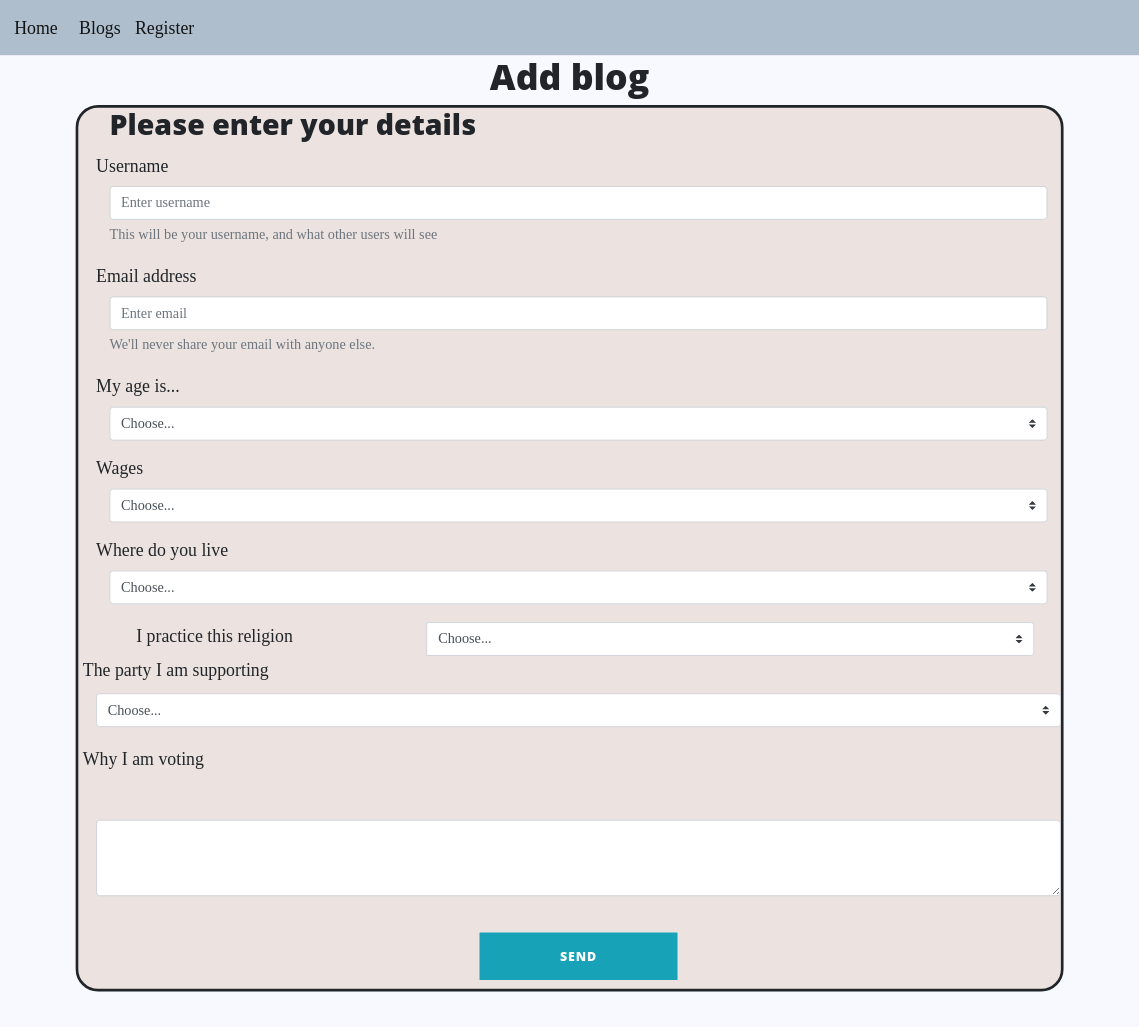
Repository: Rudancy/ms3
Page: templates/add_blog.html
The author's editor kept a record of every edit. The page is drawn from the files as they stood at one moment, then again after the next edit.
The browser window is 1280 px wide. The pictures show the whole page, at 89% of full size.
Some web libraries are served in a nearby version. The template is drawn by Flask 3. The application's start-up code is not run. Other server files are loaded and not shown. The template is opened directly, without the code that normally fills it, so the values that code supplies are empty.

Above is the page before.

### templates/add_blog.html
{% extends 'base.html' %} {% block content %}



<h1>Add blog</h1>

<div class="bd-datainput">
    <div class="container justify-content-center">
        <form action="{{ url_for('insert_blog') }}" method="POST">

            <div class="row mb-1">
                <div class="col-12">
                    <h2>Please enter your details</h2>
                </div>
            </div>
            <div class="row">
                <label for="exampleInputEmail1">Username</label>
            </div>


            <div class="form-row mb-1">
                <div class="col-12">
                    <div class="form-group">

                        <input name="user_name" type="text" class="form-control" id="exampleInputUsername" aria-describedby="username" placeholder="Enter username">
                        <small id="userhelp" class="form-text text-muted">This will be your username, and what other users will see</small>
                    </div>
                </div>
            </div>


            <div class="row">
                <label for="exampleInputEmail1">Email address</label>
            </div>
            <div class="form-row mb-1">
                <div class="col-12">
                    <div class="form-group">

                        <input type="email" name="user_email" class="form-control" id="exampleInputEmail1" aria-describedby="emailHelp" placeholder="Enter email">
                        <small id="emailHelp" class="form-text text-muted">We'll never share your email with anyone else.</small>
                    </div>
                </div>
            </div>


            <div class="row">
                <label for="exampleInputEmail1">My age is...</label>
            </div>
            <div class="form-row">
                <div class="col-12">
                    <div class="input-group mb-3">

                        <select name="user_age" class="custom-select" id="inputGroupSelect02">
                        <option selected>Choose...</option>
                        {% for age in ages %}
                        <option value="{{age.age}}">I am {{age.age}} years old</option>
                        {%endfor%}
                    </select>
                    </div>
                </div>
            </div>



            <div class="row">
                <label for="exampleInputEmail1">Wages</label>
            </div>
            <div class="form-row">
                <div class="col-12">
                    <div class="input-group mb-3">

                        <select name="user_wage" class="custom-select" id="inputGroupSelect02">
                        <option selected>Choose...</option>
                        {% for wage in wages %}
                        <option value="{{wage.wage}}">£{{wage.wage}}</option>
                        {%endfor%}
                    </select>
                    </div>
                </div>
            </div>




            <div class="row">
                <label for="exampleInputEmail1">Where do you live</label>
            </div>
            <div class="row mb-1">
                <div class="col-12">
                    <div class="input-group mb-3">



                        <select name="user_region" class="custom-select" id="inputGroupSelect01">

                        <option selected>Choose...</option>
                        {% for region in regions %}
                        <option value="{{region.region}}">{{region.region}}</option>
                        {%endfor%}
                    </select>
                    </div>
                </div>
            </div>


            <div class="col-12">
                <div class="input-group">
                    <div class="col-4">
                        <label for="exampleInputEmail1">I practice this religion</label>
                    </div>

                    <select name="user_religion" class="custom-select" id="inputGroupSelect04">
                        <option selected>Choose...</option>
                        {% for religion in religions %}
                        <option value="{{religion.religion}}">{{religion.religion}}</option>
                        {% endfor %}
                    </select>
                </div>
            </div>
    </div>



    <div class="row mb-1">
        <label for="exampleInputEmail1">The party I am supporting</label>
    </div>

    <div class="row">
        <div class="col-12">
            <div class="input-group mb-3">
                <select name="user_party" class="custom-select" id="inputGroupSelect03">
                        <option selected>Choose...</option>
                        {% for political in parties %}
                        <option value="{{political.political}}">{{political.political}}</option>
                        {%endfor%}
                    </select>
            </div>
        </div>
    </div>

    <div class="row mb-1">

    </div>

    <div class="row mb-3">
        <label for="exampleInputEmail1">Why I am voting</label>
    </div>
    <div class="row">
        <div class="col-12">
            <div class="form-group">
                <label for="exampleFormControlTextarea1"></label>
                <textarea name="user_comment" class="form-control" id="exampleFormControlTextarea1" rows="3"></textarea>
            </div>
        </div>
    </div>
    <div class="row justify-centre">
        <button type="submit" class="btn btn-info btn-block">Send</button>
    </div>
</div>




</form>
</div>

</div>
{% endblock %}

### templates/base.html
<!DOCTYPE html>
<html lang="en">

<head>
    <meta charset="UTF-8">
    <meta name="viewport" content="width=device-width, initial-scale=1.0">
    <meta http-equiv="X-UA-Compatible" content="ie=edge">
    <title>Document</title>
    <link rel="stylesheet" href="https://cdnjs.cloudflare.com/ajax/libs/font-awesome/5.9.0/css/all.min.css" integrity="sha256-UzFD2WYH2U1dQpKDjjZK72VtPeWP50NoJjd26rnAdUI=" crossorigin="anonymous" />
    <link href="https://stackpath.bootstrapcdn.com/bootstrap/4.3.1/css/bootstrap.min.css" rel="stylesheet" integrity="sha384-ggOyR0iXCbMQv3Xipma34MD+dH/1fQ784/j6cY/iJTQUOhcWr7x9JvoRxT2MZw1T" crossorigin="anonymous">
    <link rel="stylesheet" href="{{url_for('static', filename='css/clean-blog.css')}}" type="text/css" />
    <link rel="stylesheet" href="{{url_for('static', filename='css/style.css')}}" type="text/css" />

</head>

<body>
    <header>
   <nav class="navbar navbar-expand-lg navbar-light bg-light">
  <a class="navbar-brand" href="{{url_for('home')}}">Home</a>
  <button class="navbar-toggler" type="button" data-toggle="collapse" data-target="#navbarSupportedContent" aria-controls="navbarSupportedContent" aria-expanded="false" aria-label="Toggle navigation">
    <span class="navbar-toggler-icon"></span>
  </button>

  <div class="collapse navbar-collapse" id="navbarSupportedContent">
    <ul class="navbar-nav mr-auto">
      <li class="nav-item active">
        <a class="nav-link" href="{{url_for('user_blogs')}}">Blogs <span class="sr-only">(current)</span></a>
      </li>
      <li class="nav-item active">
        <a class="nav-link" href="{{url_for('add_blog')}}">Register <span class="sr-only">(current)</span></a>
      </li>


    </ul>

  </div>
</nav>

    </header>



    <div class="container">
        {% block content %} {% endblock %}
    </div>
    <script href="https://code.jquery.com/jquery-3.3.1.slim.min.js" integrity="sha384-q8i/X+965DzO0rT7abK41JStQIAqVgRVzpbzo5smXKp4YfRvH+8abtTE1Pi6jizo" crossorigin="anonymous"></script>
    <script href="https://cdnjs.cloudflare.com/ajax/libs/popper.js/1.14.7/umd/popper.min.js" integrity="sha384-UO2eT0CpHqdSJQ6hJty5KVphtPhzWj9WO1clHTMGa3JDZwrnQq4sF86dIHNDz0W1" crossorigin="anonymous"></script>
    <script href="https://stackpath.bootstrapcdn.com/bootstrap/4.3.1/js/bootstrap.min.js" integrity="sha384-JjSmVgyd0p3pXB1rRibZUAYoIIy6OrQ6VrjIEaFf/nJGzIxFDsf4x0xIM+B07jRM" crossorigin="anonymous"></script>
    <script src="{{ url_for('static', filename='vendor/jquery/jquery.min.js') }}"></script>
    <script src="{{ url_for('static', filename='vendor/bootstrap/js/bootstrap.bundle.min.js') }}"></script>
</body>

</html>

### static/css/clean-blog.css
/*!
 * Start Bootstrap - Clean Blog v5.0.8 (https://startbootstrap.com/template-overviews/clean-blog)
 * Copyright 2013-2019 Start Bootstrap
 * Licensed under MIT (https://github.com/BlackrockDigital/startbootstrap-clean-blog/blob/master/LICENSE)
 */

body {
  font-size: 20px;
  color: #212529;
  font-family: 'Lora', 'Times New Roman', serif;
}

p {
  line-height: 1.5;
  margin: 30px 0;
}

p a {
  text-decoration: underline;
}

h1,
h2,
h3,
h4,
h5,
h6 {
  font-weight: 800;
  font-family: 'Open Sans', 'Helvetica Neue', Helvetica, Arial, sans-serif;
}

a {
  color: #212529;
  transition: all 0.2s;
}

a:focus, a:hover {
  color: #0085A1;
}

blockquote {
  font-style: italic;
  color: #868e96;
}

.section-heading {
  font-size: 36px;
  font-weight: 700;
  margin-top: 60px;
}

.caption {
  font-size: 14px;
  font-style: italic;
  display: block;
  margin: 0;
  padding: 10px;
  text-align: center;
  border-bottom-right-radius: 5px;
  border-bottom-left-radius: 5px;
}

::-moz-selection {
  color: #fff;
  background: #0085A1;
  text-shadow: none;
}

::selection {
  color: #fff;
  background: #0085A1;
  text-shadow: none;
}

img::-moz-selection {
  color: #fff;
  background: transparent;
}

img::selection {
  color: #fff;
  background: transparent;
}

img::-moz-selection {
  color: #fff;
  background: transparent;
}

#mainNav {
  position: absolute;
  border-bottom: 1px solid #e9ecef;
  background-color: white;
  font-family: 'Open Sans', 'Helvetica Neue', Helvetica, Arial, sans-serif;
}

#mainNav .navbar-brand {
  font-weight: 800;
  color: #343a40;
}

#mainNav .navbar-toggler {
  font-size: 12px;
  font-weight: 800;
  padding: 13px;
  text-transform: uppercase;
  color: #343a40;
}

#mainNav .navbar-nav > li.nav-item > a {
  font-size: 12px;
  font-weight: 800;
  letter-spacing: 1px;
  text-transform: uppercase;
}

@media only screen and (min-width: 992px) {
  #mainNav {
    border-bottom: 1px solid transparent;
    background: transparent;
  }
  #mainNav .navbar-brand {
    padding: 10px 20px;
    color: #fff;
  }
  #mainNav .navbar-brand:focus, #mainNav .navbar-brand:hover {
    color: rgba(255, 255, 255, 0.8);
  }
  #mainNav .navbar-nav > li.nav-item > a {
    padding: 10px 20px;
    color: #fff;
  }
  #mainNav .navbar-nav > li.nav-item > a:focus, #mainNav .navbar-nav > li.nav-item > a:hover {
    color: rgba(255, 255, 255, 0.8);
  }
}

@media only screen and (min-width: 992px) {
  #mainNav {
    transition: background-color 0.2s;
    /* Force Hardware Acceleration in WebKit */
    transform: translate3d(0, 0, 0);
    -webkit-backface-visibility: hidden;
  }
  #mainNav.is-fixed {
    /* when the user scrolls down, we hide the header right above the viewport */
    position: fixed;
    top: -67px;
    transition: transform 0.2s;
    border-bottom: 1px solid white;
    background-color: rgba(255, 255, 255, 0.9);
  }
  #mainNav.is-fixed .navbar-brand {
    color: #212529;
  }
  #mainNav.is-fixed .navbar-brand:focus, #mainNav.is-fixed .navbar-brand:hover {
    color: #0085A1;
  }
  #mainNav.is-fixed .navbar-nav > li.nav-item > a {
    color: #212529;
  }
  #mainNav.is-fixed .navbar-nav > li.nav-item > a:focus, #mainNav.is-fixed .navbar-nav > li.nav-item > a:hover {
    color: #0085A1;
  }
  #mainNav.is-visible {
    /* if the user changes the scrolling direction, we show the header */
    transform: translate3d(0, 100%, 0);
  }
}

header.masthead {
  margin-bottom: 50px;
  background: no-repeat center center;
  background-color: #868e96;
  background-attachment: scroll;
  position: relative;
  background-size: cover;
}

header.masthead .overlay {
  position: absolute;
  top: 0;
  left: 0;
  height: 100%;
  width: 100%;
  background-color: #212529;
  opacity: 0.5;
}

header.masthead .page-heading,
header.masthead .post-heading,
header.masthead .site-heading {
  padding: 200px 0 150px;
  color: white;
}

@media only screen and (min-width: 768px) {
  header.masthead .page-heading,
  header.masthead .post-heading,
  header.masthead .site-heading {
    padding: 200px 0;
  }
}

header.masthead .page-heading,
header.masthead .site-heading {
  text-align: center;
}

header.masthead .page-heading h1,
header.masthead .site-heading h1 {
  font-size: 50px;
  margin-top: 0;
}

header.masthead .page-heading .subheading,
header.masthead .site-heading .subheading {
  font-size: 24px;
  font-weight: 300;
  line-height: 1.1;
  display: block;
  margin: 10px 0 0;
  font-family: 'Open Sans', 'Helvetica Neue', Helvetica, Arial, sans-serif;
}

@media only screen and (min-width: 768px) {
  header.masthead .page-heading h1,
  header.masthead .site-heading h1 {
    font-size: 80px;
  }
}

header.masthead .post-heading h1 {
  font-size: 35px;
}

header.masthead .post-heading .meta,
header.masthead .post-heading .subheading {
  line-height: 1.1;
  display: block;
}

header.masthead .post-heading .subheading {
  font-size: 24px;
  font-weight: 600;
  margin: 10px 0 30px;
  font-family: 'Open Sans', 'Helvetica Neue', Helvetica, Arial, sans-serif;
}

header.masthead .post-heading .meta {
  font-size: 20px;
  font-weight: 300;
  font-style: italic;
  font-family: 'Lora', 'Times New Roman', serif;
}

header.masthead .post-heading .meta a {
  color: #fff;
}

@media only screen and (min-width: 768px) {
  header.masthead .post-heading h1 {
    font-size: 55px;
  }
  header.masthead .post-heading .subheading {
    font-size: 30px;
  }
}

.post-preview > a {
  color: #212529;
}

.post-preview > a:focus, .post-preview > a:hover {
  text-decoration: none;
  color: #0085A1;
}

.post-preview > a > .post-title {
  font-size: 30px;
  margin-top: 30px;
  margin-bottom: 10px;
}

.post-preview > a > .post-subtitle {
  font-weight: 300;
  margin: 0 0 10px;
}

.post-preview > .post-meta {
  font-size: 18px;
  font-style: italic;
  margin-top: 0;
  color: #868e96;
}

.post-preview > .post-meta > a {
  text-decoration: none;
  color: #212529;
}

.post-preview > .post-meta > a:focus, .post-preview > .post-meta > a:hover {
  text-decoration: underline;
  color: #0085A1;
}

@media only screen and (min-width: 768px) {
  .post-preview > a > .post-title {
    font-size: 36px;
  }
}

.floating-label-form-group {
  font-size: 14px;
  position: relative;
  margin-bottom: 0;
  padding-bottom: 0.5em;
  border-bottom: 1px solid #dee2e6;
}

.floating-label-form-group input,
.floating-label-form-group textarea {
  font-size: 1.5em;
  position: relative;
  z-index: 1;
  padding: 0;
  resize: none;
  border: none;
  border-radius: 0;
  background: none;
  box-shadow: none !important;
  font-family: 'Lora', 'Times New Roman', serif;
}

.floating-label-form-group input::-webkit-input-placeholder,
.floating-label-form-group textarea::-webkit-input-placeholder {
  color: #868e96;
  font-family: 'Lora', 'Times New Roman', serif;
}

.floating-label-form-group label {
  font-size: 0.85em;
  line-height: 1.764705882em;
  position: relative;
  z-index: 0;
  top: 2em;
  display: block;
  margin: 0;
  transition: top 0.3s ease, opacity 0.3s ease;
  vertical-align: middle;
  vertical-align: baseline;
  opacity: 0;
}

.floating-label-form-group .help-block {
  margin: 15px 0;
}

.floating-label-form-group-with-value label {
  top: 0;
  opacity: 1;
}

.floating-label-form-group-with-focus label {
  color: #0085A1;
}

form .form-group:first-child .floating-label-form-group {
  border-top: 1px solid #dee2e6;
}

footer {
  padding: 50px 0 65px;
}

footer .list-inline {
  margin: 0;
  padding: 0;
}

footer .copyright {
  font-size: 14px;
  margin-bottom: 0;
  text-align: center;
}

.btn {
  font-size: 14px;
  font-weight: 800;
  padding: 15px 25px;
  letter-spacing: 1px;
  text-transform: uppercase;
  border-radius: 0;
  font-family: 'Open Sans', 'Helvetica Neue', Helvetica, Arial, sans-serif;
}

.btn-primary {
  background-color: #0085A1;
  border-color: #0085A1;
}

.btn-primary:hover, .btn-primary:focus, .btn-primary:active {
  color: #fff;
  background-color: #00657b !important;
  border-color: #00657b !important;
}

.btn-lg {
  font-size: 16px;
  padding: 25px 35px;
}

### static/css/style.css
@import url('https://fonts.googleapis.com/css?family=Roboto&display=swap');

.main-home {
    background-color: #ece3e0;
    padding: 40px;
    border-radius: 28px;
    margin-bottom: 55px;
}


p {
    font-family: 'Roboto', sans-serif;
    font-weight: 500;
}




.user-borders {
    border-style: solid;
}

.options {
    background-color: red;
    font-size: inherit;
}

.bd-datainput {
    background-color: #ece3e0;
    border-style: solid;
    padding-left: 20px;
    border-radius: 25px;
    margin-bottom: 40px;



}

.data-input-header {
    padding-right: 10px;

}

/*-------------------------------------------thumbnail styling--------------------*/

.thumbnail {
    display: block;
    padding: 4px;
    margin-bottom: 20px;
    line-height: 1.42857143;
    background-color: transparent;
    border: 1px solid transparent;
    border-radius: 4px;
    -webkit-transition: border .2s ease-in-out;
    -o-transition: border .2s ease-in-out;
    transition: border .2s ease-in-out;
    text-align: center;

}


thumbnail img {
    text-align: center;
    filter: grayscale(100%);
    transition: transform 2s;
}

.thumbnail img:hover {
    filter: grayscale(0);

    border-color: #f07f03;
}

/*-------------------------------------thumbnail party pics----------------------*/

#conservative-pic,
#SNP-pic,
#labour-pic,
#brexit-pic,
#dup-pic,
#green-pic,
#lib-pic,
#plaid-pic {
    display: inline-block;
    width: 200px;
    height: 200px;
    padding: 4px;
    line-height: 1.42857143;
    background-color: transparent;
    border: 5px solid #797575;
    border-radius: 70px;
    -webkit-transition: all .2s ease-in-out;
    -o-transition: all .2s ease-in-out;
    transition: all .2s ease-in-out;
}

hr {
    display: block;
    position: relative;
    padding: 0;
    margin: 8px auto;
    height: 0;
    width: 80%;
    max-height: 0;
    font-size: 1px;
    line-height: 0;
    clear: both;
    border: none;
    border-top: 1px solid #aaaaaa;
    border-bottom: 1px solid #ffffff;
    margin-bottom: 45px;
}

.btn-block-home {
    display: block;
    width: 48%;
    margin-bottom: 10px;
    margin-top: 25px;
    margin-left: auto;
    margin-right: auto;
}



.main-heading {
    margin-bottom: 25px;
    text-align: center;
    margin-bottom: 30px;
}

.sub-heading-logo {
    margin-bottom: 25px;
}


.hr-style {
    margin-top: 45px;
}



.main-text {
    text-align: center;
}


.output-info {
    margin-left: 30px;

}

.output-info-name {
    padding-top: 12px;
    margin-left: 30px;
}



.blog-output {
    background-color: #ece3e0;
    border-radius: 25px;
    width: 60%;
    border: solid;
    border-color: slategray;
    border-style: double;
}

h3,
h1 {
    text-align: center;
}


#main-header {
    text-align: center;
    margin-top: 40px;
    margin-bottom: 40px;
}


.modal-heading {}

.modal-content p {}


body {
    margin-bottom: 20px;
    background-color: ghostwhite;
}


.bottom-button {
    margin-bottom: 50px;
}

.btn-warning {
    color: #212529;
    background-color: #f7ec90;
    border-color: #ffc107;
}

.btn-block {
    display: block;
    width: 20%;
    margin-bottom: 10px;
    margin-top: 25px;
    margin-left: auto;
    margin-right: auto;
}


.blog-title {
    margin-bottom: 50px;
    margin-top: 50px;
}


.bg-light {
    background-color: #aebecd!important;
}


btn-block-home {
    display: block;
    width: 48%;
    margin-bottom: 10px;
    margin-top: 25px;
    margin-left: auto;
    margin-right: auto;
}


.blog-bg{
     background: url(../images/barad-dur.jpg) no-repeat center center fixed;
    -webkit-background-size: cover;
    -moz-background-size: cover;
    -o-background-size: cover;
    background-size: cover;
    z-index: 1000;
    padding-bottom: 30px;
    width: 100vw;
    min-height: 100vh;

}

After the next edit:
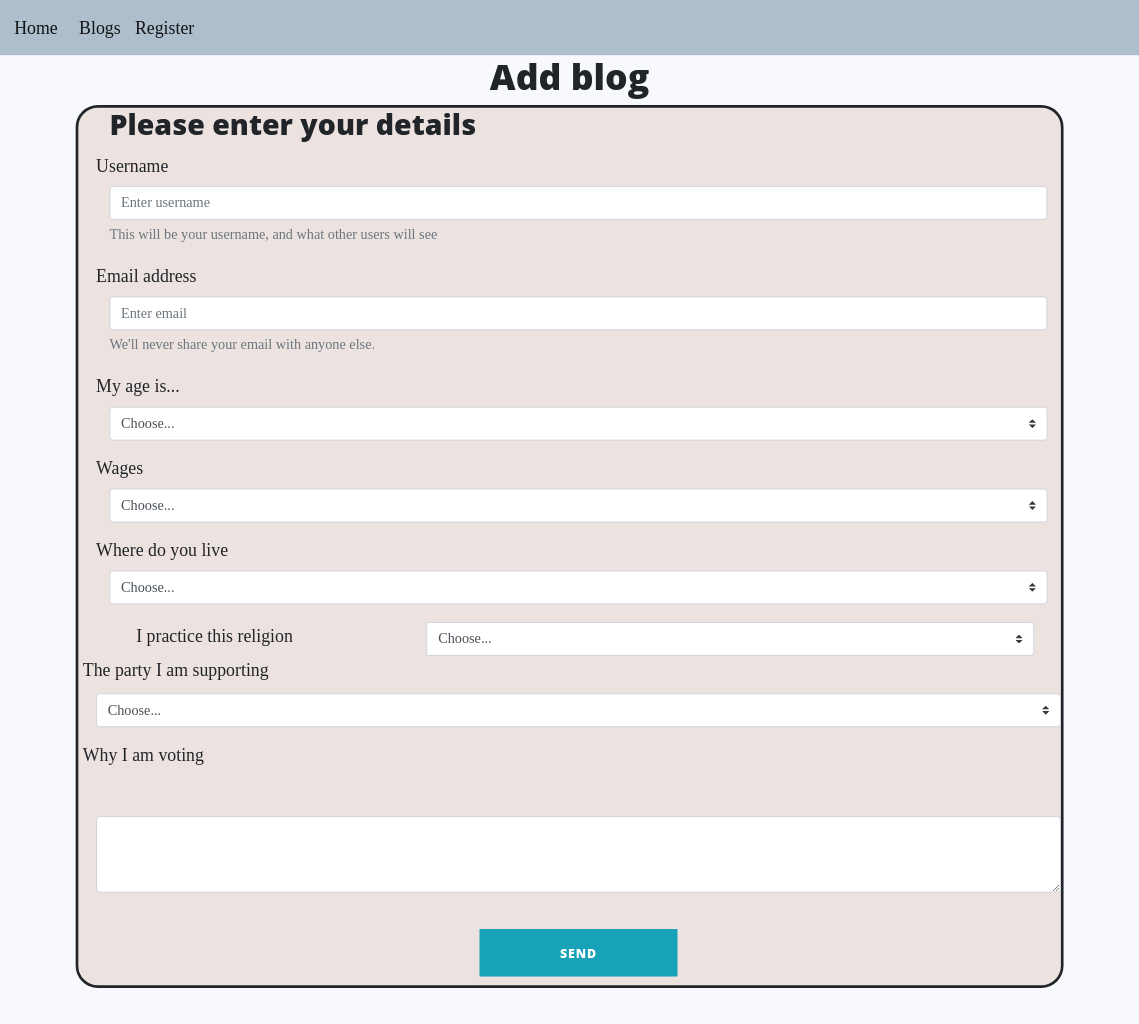
The edit:
--- a/templates/add_blog.html
+++ b/templates/add_blog.html
@@ -138,9 +138,7 @@
         </div>
     </div>
 
-    <div class="row mb-1">
 
-    </div>
 
     <div class="row mb-3">
         <label for="exampleInputEmail1">Why I am voting</label>
